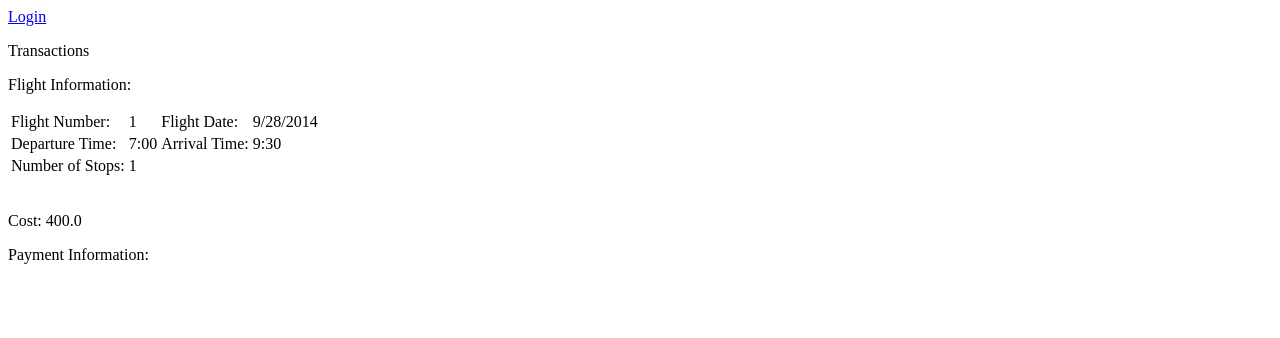
Repository: jliu9000/CSE-464---Flight-Pages
Page: http://localhost/HW1/Transaction.jsp
These files come from the project's save history. The page is drawn as it stood at one moment and after the next save; the edit follows.
The browser window is 1280 px wide. The pictures show the whole page.
The page is served by Tomcat 9.

Above is the page before, as saved 2014-09-21 09:09:12.

After the next save:
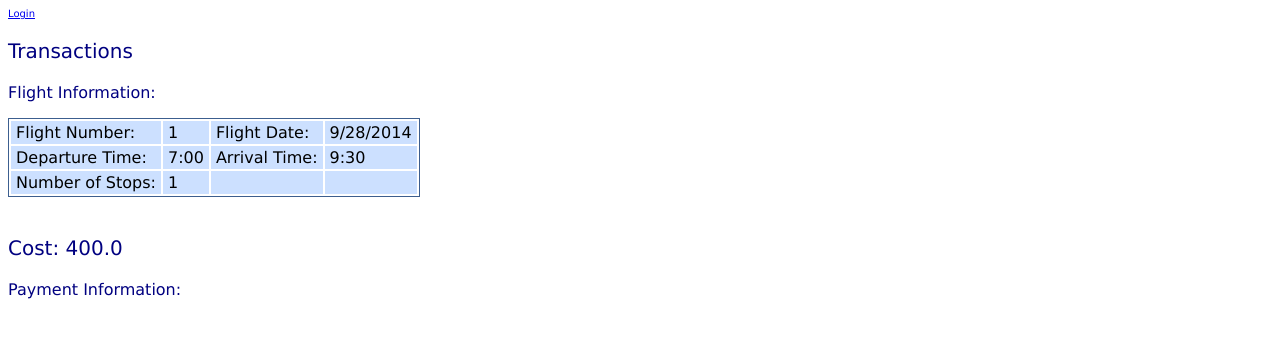
Saved 16 s later.
--- a/HW1/WebContent/Transaction.jsp
+++ b/HW1/WebContent/Transaction.jsp
@@ -5,6 +5,7 @@
 <head>
 <%@ page import="flight.bizlogic.*"%>
 <meta http-equiv="Content-Type" content="text/html; charset=ISO-8859-1">
+<link rel="stylesheet" type="text/css" href="FlightStyles.css">
 <title>Transaction</title>
 </head>
 
